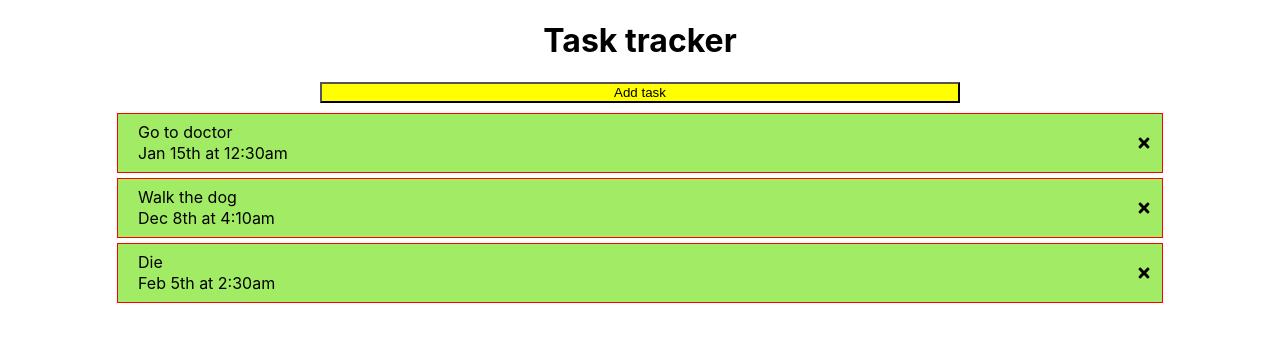
Repository: roscaImarius/task-tracker-react
Page: /
The author's editor kept a copy of each file at every save. The page is drawn from the files as they stood at one save, then again after the next save.
The browser window is 1280 px wide. The pictures show the whole page.
The project was rebuilt for these pictures with package versions that can differ from the ones it lists, and the page was loaded fresh each time. Also part of the build but not shown: src/components/AddTask.js.

Above is the page before, as saved 2021-03-31 12:29:11.

### src/App.js
import "./App.css";
import Header from "./components/Header";
import React, { useState } from "react";

function App() {
  const [showAdd, setShowAdd] = useState(false);
  const [tasks, setTasks] = useState([
    {
      id: 1,
      text: "Go to doctor",
      day: "Jan 15th at 12:30am",
      reminder: false,
    },
    {
      id: 2,
      text: "Walk the dog",
      day: "Dec 8th at 4:10am",
      reminder: true,
    },
    {
      id: 3,
      text: "Die",
      day: "Feb 5th at 2:30am",
      reminder: true,
    },
  ]);

  // show add form
  const onClickAdd = () => {
    setShowAdd(!showAdd);
  };

  // save task
  const onSaveTask = (task) => {
    let randId = new Date().getTime();
    const newTask = { id: randId, ...task };
    console.log(newTask);
    setTasks([...tasks, newTask]);
    setShowAdd(false);
  };

  //delete task
  const onDelete = (id) => {
    setTasks(tasks.filter((t) => t.id !== id));
  };
  // Mark task
  const onDubleClick = (id) => {
    setTasks(
      tasks.map((task) =>
        task.id === id ? { ...task, reminder: !task.reminder } : task
      )
    );
  };
  return (
    <div className="App">
      <Header
        showAdd={showAdd}
        setShowAdd={setShowAdd}
        title={"Task tracker"}
        onDelete={onDelete}
        onSaveTask={onSaveTask}
        onClickAdd={onClickAdd}
        onDubleClick={onDubleClick}
        tasks={tasks}
      />
      {tasks.length === 0 ? <p>No tasks to show</p> : null}
    </div>
  );
}

export default App;

### src/App.css
.App {
  text-align: center;
}

/* HEADER */
.header-container{
  display: flex;
  flex-direction: column;
}
.add-btn{
  margin: auto;
  width: 50%;
}
.task {
  display: flex;
  justify-content: space-between;
  padding-left: 20px;
  margin: auto;
line-height: 5px;
margin-bottom: 5px;
border: 1px solid red;
width: 80%;
text-align: start;
}
.x{
  margin-right: 10px;
  margin: auto 5px;
  cursor: pointer;
  padding: 5px;
}
.marked{
  background-color: rgb(161, 236, 100);
}
/* FORM */
.form-field{
  margin: 0 auto;
  display: flex;
  flex-direction: column;
  text-align: start;
  width: 80%;
  box-sizing: border-box;
}
.form-container{
  margin: auto;
  width: 70%;
  display: inline-block;
  padding: 10px;
  border: 1px solid gray;
  margin-bottom: 10px;
}

### src/components/Header.js
import React from "react";
import PropTypes from "prop-types";
import Tasks from "./Tasks";
import Button from "./Button";
import AddTask from "./AddTask";

const Header = ({
  title,
  onClickAdd,
  onDelete,
  onSaveTask,
  onDubleClick,
  tasks,
  showAdd,
  setShowAdd,
}) => {
  return (
    <header className="header-container">
      <h1>{title}</h1>
      <Button onClick={onClickAdd} color="yellow" />

      {showAdd && <AddTask onSaveTask={onSaveTask} />}
      <Tasks onDelete={onDelete} onDubleClick={onDubleClick} tasks={tasks} />
    </header>
  );
};

Header.defaultProps = {
  title: "Task tracker",
};

Header.propTypes = {
  title: PropTypes.string.isRequired,
};

export default Header;

### src/components/Tasks.js
import React from "react";
import Task from "./Task";

const Tasks = ({ tasks, onDubleClick, onDelete }) => {
  return (
    <div>
      {tasks.map((t) => (
        <Task
          key={t.id}
          onDubleClick={onDubleClick}
          onDelete={onDelete}
          t={t}
        />
      ))}
    </div>
  );
};

export default Tasks;

### src/components/Button.js
import React from 'react'

const Button = ({color, onClick}) => {
    return <button
    onClick={onClick}
     style={{backgroundColor : color, marginBottom: "10px"}}
     className="add-btn"
     >Add task</button>
}
Button.defaultProps ={
    color : 'blue',

}

export default Button

### src/components/Task.js
import React from "react";
import { FaTimes } from "react-icons/fa";

const Task = ({ t, onDubleClick, onDelete }) => {
  return (
    <div
      onDoubleClick={() => onDubleClick(t.id)}
      className={t.reminder ? "marked task" : "task marked"}
    >
      <div>
        <p>{t.text}</p>
        <p>{t.day}</p>
      </div>
      <FaTimes className="x" onClick={() => onDelete(t.id)} />
    </div>
  );
};

export default Task;

Loaded but not shown: public/index.html (common file); src/index.js (common file); src/index.css (common file); src/reportWebVitals.js (common file)

After the next save:
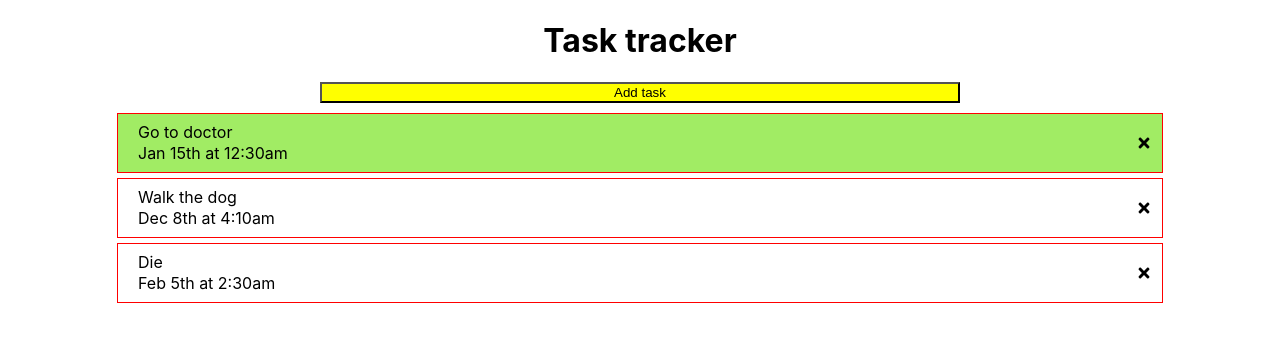
Saved 17 s later.
--- a/src/components/Task.js
+++ b/src/components/Task.js
@@ -5,7 +5,7 @@ const Task = ({ t, onDubleClick, onDelete }) => {
   return (
     <div
       onDoubleClick={() => onDubleClick(t.id)}
-      className={t.reminder ? "marked task" : "task marked"}
+      className={t.reminder ? " task" : "task marked"}
     >
       <div>
         <p>{t.text}</p>
